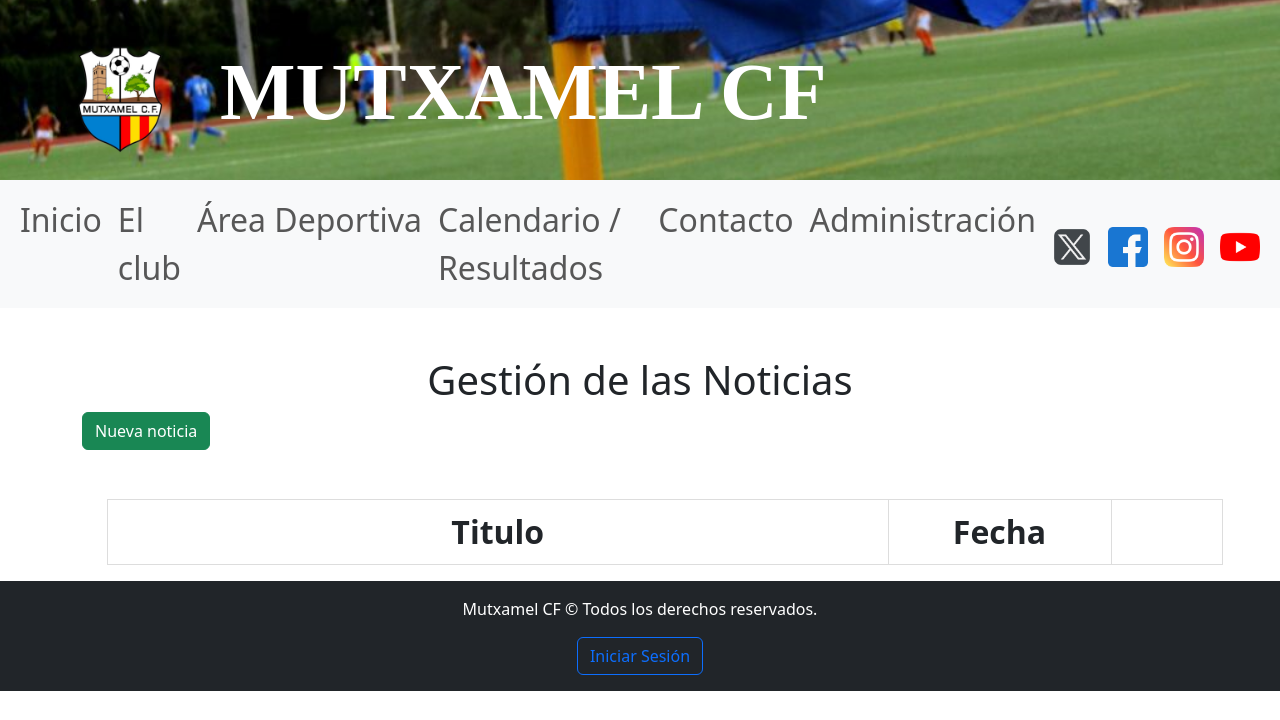
Repository: mikeluca/webMutxamelCF
Page: http://localhost/admin/noticias
These files come from the project's save history. The page is drawn as it stood at one moment and after the next save; the edit follows.
The browser window is 1280 px wide. The pictures show the whole page.
Some web fonts or font styles are not loaded; a fallback is used. Some web libraries are served in a nearby version. The page is this project's Thymeleaf template; nobody is signed in. The template is opened directly, without the code that normally fills it, so the values that code supplies are empty.

Above is the page before, as saved 2024-10-29 15:10:29.

After the next save:
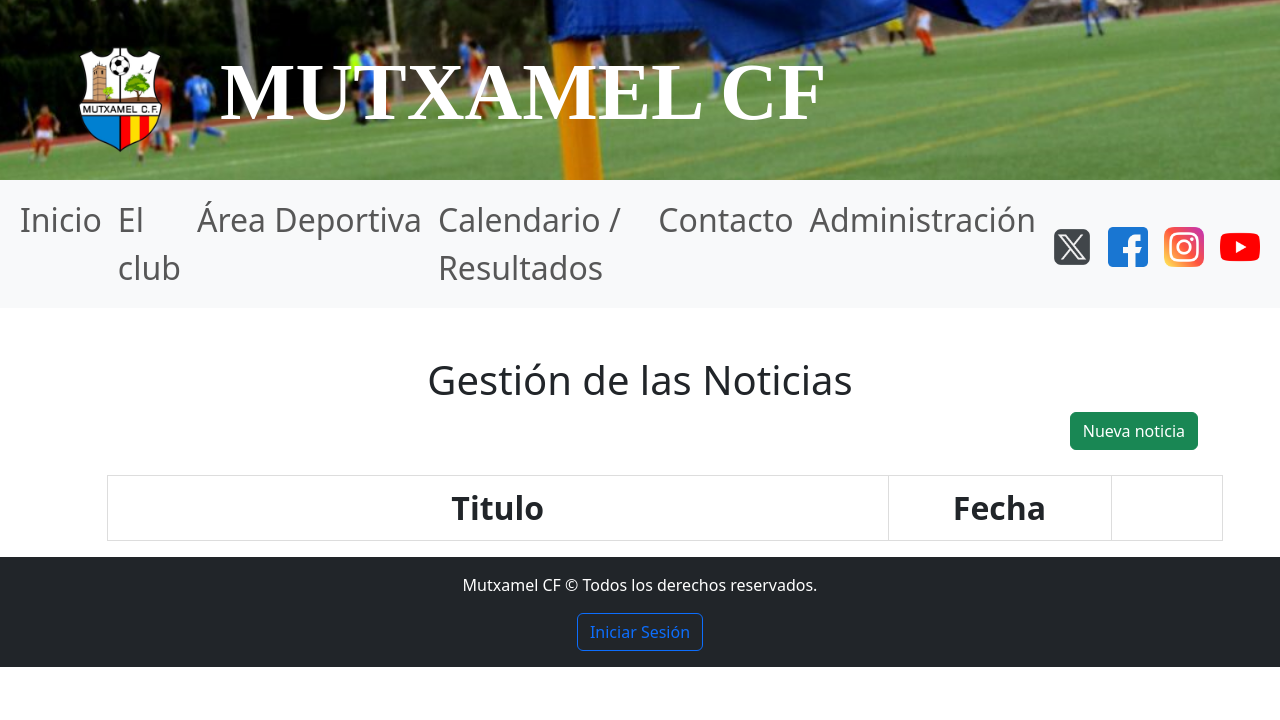
Saved 54 s later.
--- a/mvc/src/main/resources/templates/admin/noticias.html
+++ b/mvc/src/main/resources/templates/admin/noticias.html
@@ -18,11 +18,12 @@
 	<div class="container mt-5 lead">
 		<h1 class="text-center">Gestión de las Noticias</h1>
 
-		<div class=" d-flex justify-content-between align-items-center mb-4"> <!-- Contenedor flex para alineación -->
+		<div class="d-flex justify-content-end mb-4"> <!-- Contenedor flex para alineación -->
 			<!-- Botón para nueva noticia -->
-			<button class="btn btn-success mb-4" data-toggle="modal" data-target="#noticiaModal"
+			<button class="btn btn-success" data-toggle="modal" data-target="#noticiaModal"
 				onclick="limpiarFormulario()">Nueva noticia</button>
 		</div>
+
 
 		<!-- Tabla de noticias -->
 		<table class="table table-striped w-100">
